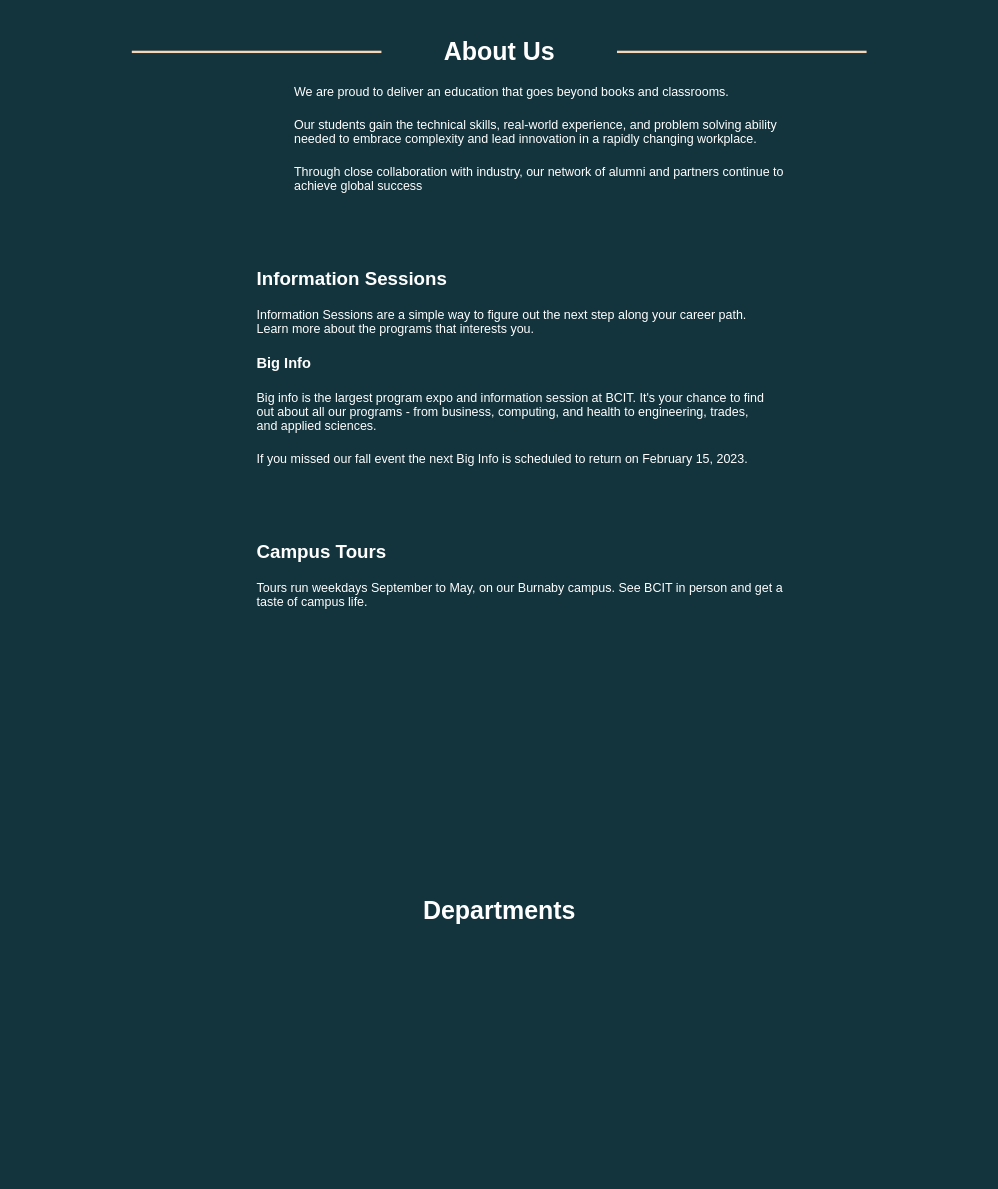
Repository: jennydmcm/assignment-1-playwright-site-A01338943
Page: /about
These files come from the project's save history. The page is drawn as it stood at one moment and after the next save; the edit follows.
The browser window is 1280 px wide. The pictures show the whole page, at 78% of full size.
The project was rebuilt for these pictures with package versions that can differ from the ones it lists, and the page was loaded fresh each time. The framework's server and built-in components were replaced by stand-ins that run in the browser. Also part of the build but not shown: next.config.js.

Above is the page before, as saved 2023-02-08 13:58:32.

After the next save:
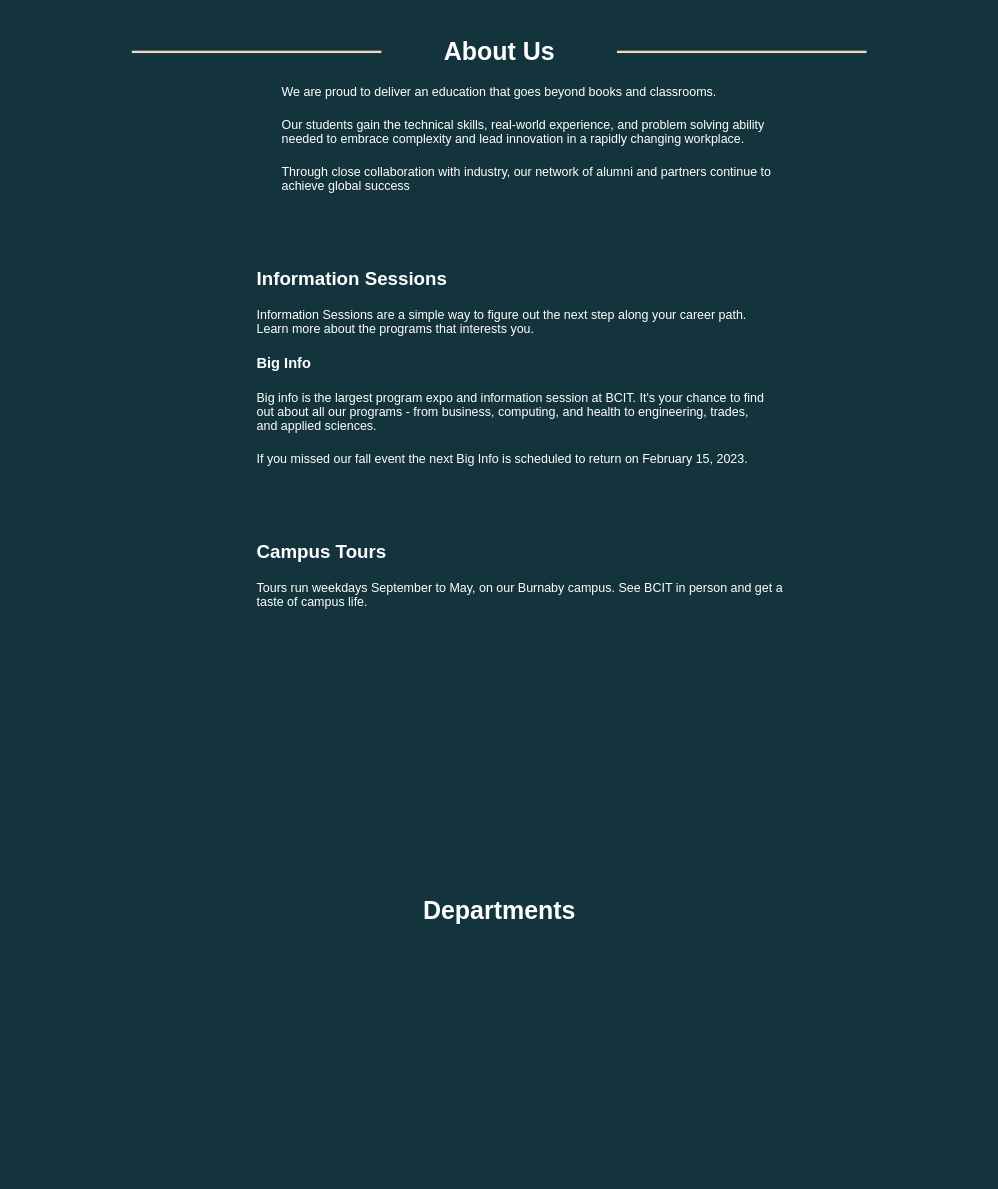
Saved 4 s later.
--- a/styles/About.module.css
+++ b/styles/About.module.css
@@ -41,7 +41,7 @@
 
 }
 .aboutText{
-    padding-left: 13rem;
+    padding-left: 12rem;
 }
 
 .dept{
